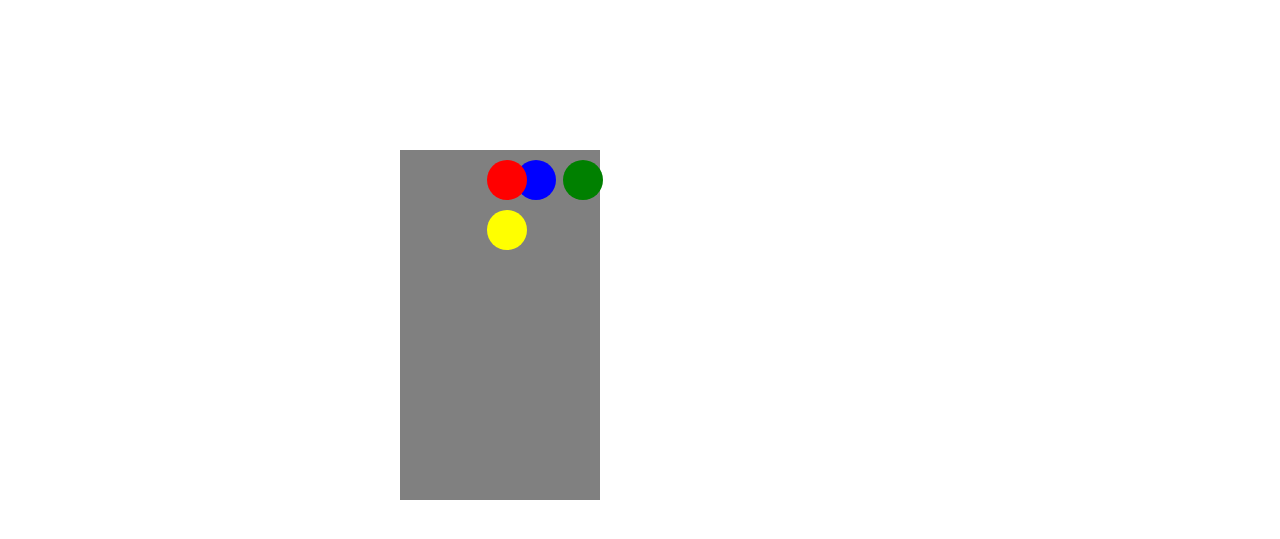
Repository: Code-Institute-Submissions/The-Simon-Game
Page: index.html
The author's editor kept a record of every edit. The page is drawn from the files as they stood at one moment, then again after the next edit.
The browser window is 1280 px wide. The pictures show the whole page.

Above is the page before.

### index.html
<!DOCTYPE html>
<html lang="en">

<head>
    <meta charset="UTF-8">
    <meta name="viewport" content="width=device-width, initial-scale=1.0">
    <meta http-equiv="X-UA-Compatible" content="ie=edge">
    <link rel="stylesheet" href="https://stackpath.bootstrapcdn.com/bootstrap/4.3.1/css/bootstrap.min.css" integrity="sha384-ggOyR0iXCbMQv3Xipma34MD+dH/1fQ784/j6cY/iJTQUOhcWr7x9JvoRxT2MZw1T" crossorigin="anonymous">
    <link rel="stylesheet" href="css/style.css" type="text/css" />
    <title>Simon The Memory Game</title>
</head>

<body>
    <section class="panel">
        <div class="panel-overlay">
            <div class="row">
                <div class="column col-4 col-sm-4">
                    <div class="blue"></div>
                </div>
                <div class="column col-4 col-sm-4">
                    <div class="red"></div>
                    <div class="yellow"></div>
                </div>
                <div class="column col-4 col-sm-4">
                    <div class="green"></div>
                </div>
            </div>
        </div>
    </section>
</body>

</html>

### css/style.css
.panel {
    height: 350px;
    width: 200px;
    margin: 150px;
    margin-left: 400px;
    background-color: grey;
}



.yellow {
    height: 40px;
    width: 40px;
    margin: 10px;
    background-color: yellow;
    border-color: black;
    border-radius: 50px;
    border-width: 10px;
}

.red {
    height: 40px;
    width: 40px;
    margin: 10px;
    background-color: red;
    border-color: black;
    border-radius: 50px;
}

.blue {
    height: 40px;
    width: 40px;
    margin: 10px;
    margin-left: 116px;
    background-color: blue;
    border-color: black;
    border-radius: 50px;
}

.green {
    height: 40px;
    width: 40px;
    margin: 10px;
    background-color: green;
    border-color: black;
    border-radius: 50px;
}

After the next edit:
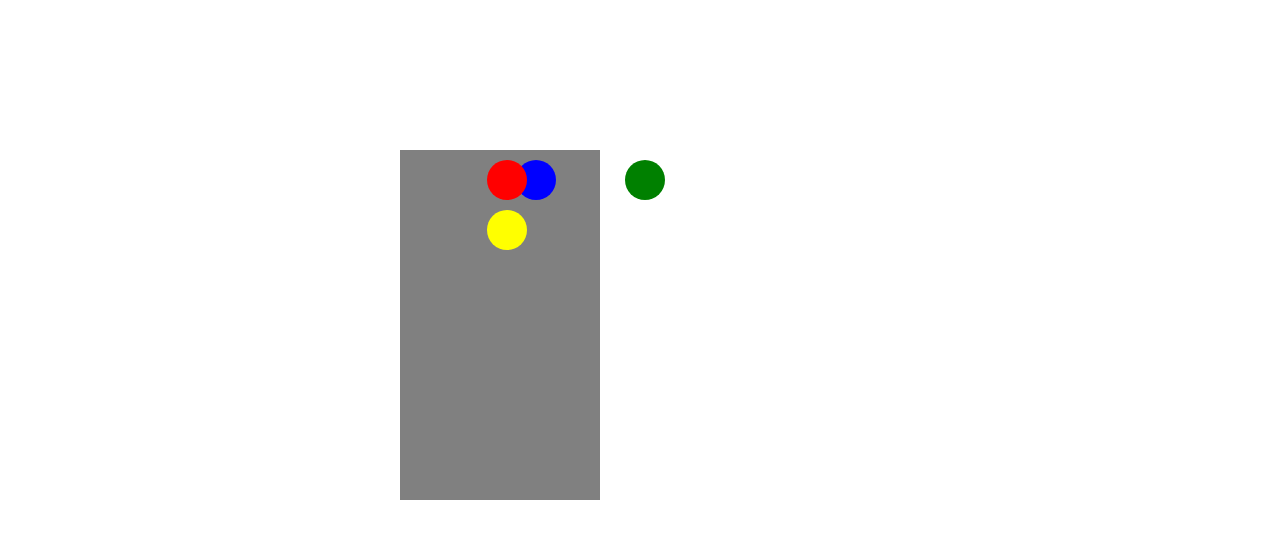
The edit:
--- a/css/style.css
+++ b/css/style.css
@@ -41,6 +41,7 @@
     height: 40px;
     width: 40px;
     margin: 10px;
+    margin-left: 72px;
     background-color: green;
     border-color: black;
     border-radius: 50px;
